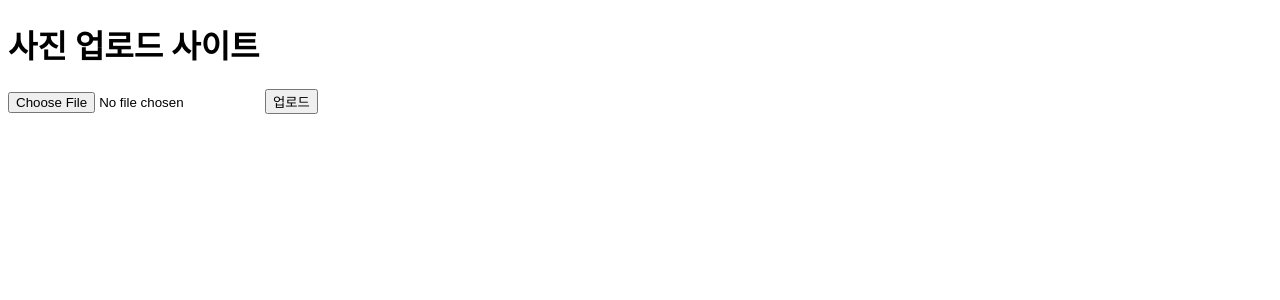
Repository: prishasbangera/Butterfly-Interactive-Projection
Page: http://localhost/
An editor plug-in stored every save of this project. The page is shown before and after a run of saves, followed by the edit.
The browser window is 1280 px wide. The pictures show the whole page.
The page is served by the project's application, run on Flask 3 (ImageUpload/app.py).

Above is the page before, as saved 2025-12-05 22:51:01.

### ImageUpload/templates/index.html
<!DOCTYPE html>
<html lang="ko">
<head>
  <meta charset="UTF-8" />
  <title>사진 업로드</title>
</head>
<body>
  <h1>사진 업로드 사이트</h1>

  <form method="POST" enctype="multipart/form-data">
    <input type="file" name="file" accept="image/*" />
    <button type="submit">업로드</button>
  </form>

  {% if img_url %}
    <h2>업로드된 이미지</h2>
    <img src="{{ img_url }}" alt="uploaded image" style="max-width:400px;">
  {% endif %}
</body>
</html>

### ImageUpload/app.py
from flask import Flask, render_template, request, redirect, url_for
from werkzeug.utils import secure_filename
import os

app = Flask(__name__)

# 업로드 폴더 설정
UPLOAD_FOLDER = os.path.join('static', 'uploads')
os.makedirs(UPLOAD_FOLDER, exist_ok=True)
app.config['UPLOAD_FOLDER'] = UPLOAD_FOLDER

# 허용할 확장자
ALLOWED_EXTENSIONS = {'png', 'jpg', 'jpeg', 'gif'}

def allowed_file(filename):
    return '.' in filename and \
           filename.rsplit('.', 1)[1].lower() in ALLOWED_EXTENSIONS

@app.route('/', methods=['GET', 'POST'])
def index():
    if request.method == 'POST':
        # form에서 file이라는 이름으로 온 파일 꺼내기
        file = request.files.get('file')

        if not file or file.filename == '':
            return "Select a file", 400

        if not allowed_file(file.filename):
            return "Wrong file type: only valid 'png', 'jpg', 'jpeg', 'gif'", 400

        filename = secure_filename(file.filename)
        save_path = os.path.join(app.config['UPLOAD_FOLDER'], filename)
        file.save(save_path)

        # 업로드 후 그 이미지를 다시 화면에 보여줌
        img_url = url_for('static', filename=f'uploads/{filename}')
        return render_template('index.html', img_url=img_url)

    # GET 요청일 때는 기본 페이지
    return render_template('index.html', img_url=None)

if __name__ == '__main__':
    app.run(debug=True)

After the next 2 saves:
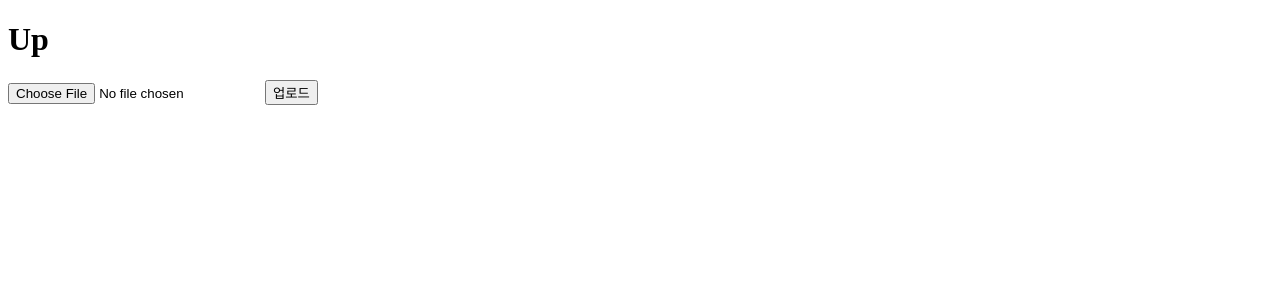
The 2 saves are shown as one change because they came seconds apart.
The last was saved 57 s later.
--- a/ImageUpload/templates/index.html
+++ b/ImageUpload/templates/index.html
@@ -2,10 +2,10 @@
 <html lang="ko">
 <head>
   <meta charset="UTF-8" />
-  <title>사진 업로드</title>
+  <title>Image Upload</title>
 </head>
 <body>
-  <h1>사진 업로드 사이트</h1>
+  <h1>Up</h1>
 
   <form method="POST" enctype="multipart/form-data">
     <input type="file" name="file" accept="image/*" />
